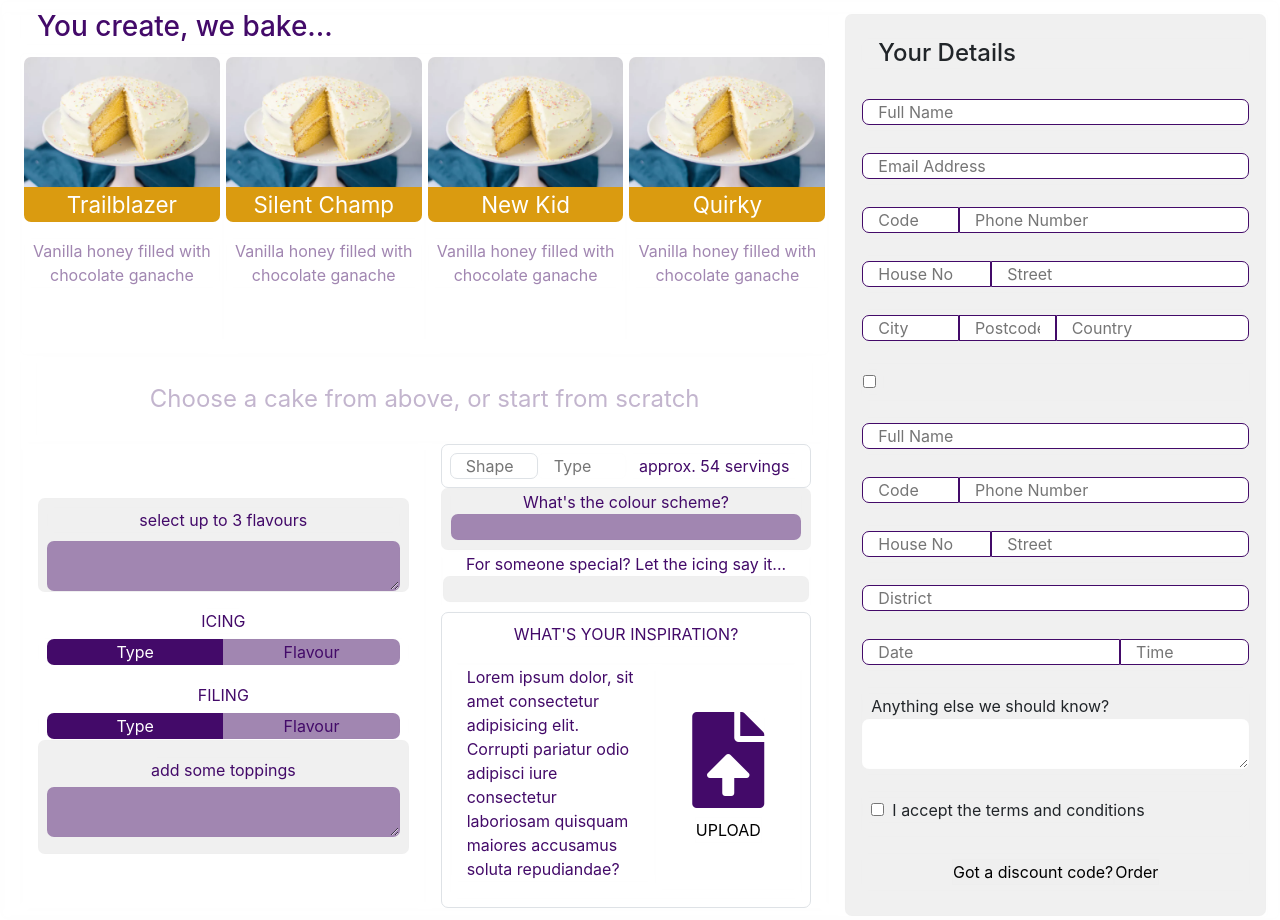
Repository: I-Alpha/BakeryOrderForm
Page: Order-Page.html
The author's editor kept a copy of each file at every save. The page is drawn from the files as they stood at one save, then again after the next save.
The browser window is 1280 px wide. The pictures show the whole page.

Above is the page before, as saved 2020-12-29 04:51:22.

### Order-Page.html
<!DOCTYPE html>
<html lang="en">

<head>
    <meta charset="UTF-8">
    <meta name="viewport" content="width=device-width, initial-scale=1.0">
    <link rel="stylesheet" href="https://use.fontawesome.com/releases/v5.7.0/css/all.css"
        integrity="sha384-lZN37f5QGtY3VHgisS14W3ExzMWZxybE1SJSEsQp9S+oqd12jhcu+A56Ebc1zFSJ" crossorigin="anonymous">
    <link href="https://stackpath.bootstrapcdn.com/bootstrap/4.5.2/css/bootstrap.min.css" rel="stylesheet">
    <script src="https://ajax.googleapis.com/ajax/libs/jquery/3.5.1/jquery.min.js"></script>
    <script src="https://stackpath.bootstrapcdn.com/bootstrap/4.5.2/js/bootstrap.bundle.min.js"></script>
    <title>Document</title>
    <style>
        :root {
            --primary-font: 1.6rem;
            --cake-font-size: 1.4rem;
            --secondary-font: 1rem;
            --primary-colour: #430a69ff;
            --secondary-colour: #a186b1ff;
            --text-faded: #c3b5ce;
            --background-faded: rgb(240, 240, 240);
        }

        * {
            border: 1px solid rgba(0, 0, 0, 0.002);
            border-radius: 7px;
            box-sizing: border-box;
            margin: 0;
            padding: 0;
        }

        html {
            font-size: 1rem;
        }

        html,
        body,
        .container-fluid {
            width: 100%;
            background-color: white;
        }


        #sec2-label {
            color: var(--text-faded);
            font-size: 1.5rem;

        }

        .purple_font {
            color: #430a69ff;
        }

        .light_purple_font {
            color: #a186b1ff;
        }

        .light_purple_background {
            background-color: #a186b1ff;
        }


        .purple_background {
            background-color: #430a69ff;
        }

        .textfaded {
            color: var(--text-faded);
        }

        .background_faded {
            background-color: var(--background-faded);
        }

        .buttergold {
            background-color: #da9b0eff
        }

        .input-group {}

        .pull-up {
            top: -50%;
        }

        .split-row-1 {
            height: 100%;
        }

        .split-row-2 {
            height: 50%;
        }

        #main_col_1 * {}

        #main_col_1 {}

        #main_col_2 * {}

        #main_col_2 {
            background-color: rgb(240, 240, 240);
            height: auto;
            justify-content: center;
            padding: 5px 5px;
        }

        #main_col_2 div.input-group {
            padding-top: 5px;
            padding-bottom: 5px;
        }

        #main_col_2 input {
            border: 1px solid var(--primary-colour);
        }


        #main_col_1 .input-group,
        #main_col_2 .input-group {}

        .col-8,
        .col-4 {}

        #deliveryBtn.active{
            background-color: var(--primary-colour);
            color: var(--primary-colour);
        }
        #collectionBtn.active{
            background-color: var(--primary-colour);
            color: var(--primary-colour);
        }

        #collectionBtn,
        #deliveryBtn {
            border-radius: 30px;
            border: 1px solid var(--primary-colour);
            display: inline-block;

        }

        #collectionBtn{
        }
        #deliveryBtn {}


        #deliveryBtn {
            background-color: white;
        }

        #collectionBtn {
            background-color: white;
            border: 1px solid var(--primary-colour);
        }



        #cake-image-container p:nth-child(2) {
            background-color: #da9b10;
            color: white;
            border-top-left-radius: 0;
            border-top-right-radius: 0;
        }

        #cake-image-container {
            padding: 0;
            margin: 0;
        }

        div#cake-image-container p:nth-child(3) {
            color: var(--secondary-colour);
        }

        #cake-image-container>div {
            font-size: var(--secondary-font);
            border-radius: 15px 15px 15px 15px;
            min-height: 100px;
            min-width: 140px;
        }

        .left-curve {
            border-top-right-radius: 0;
            border-bottom-right-radius: 0;
        }

        .right-curve {
            border-top-left-radius: 0;
            border-bottom-left-radius: 0;
        }

        #cake-image-container div * {}

        #cake-image-container div img {
            border-bottom-left-radius: 0;
            border-bottom-right-radius: 0;
            min-height: 120px;
        }

        #cake-image-container p {
            display: flex;
            text-align: center;
            justify-content: center;
            align-items: center;
        }

        p {}

        div.h3 {
            text-align: center;
        }

        .input-group {
            display: flex;
        }

        .switch6 {  max-width: 17em;  margin: 0 auto; }
        .switch6-light > span, .switch-toggle > span {  color: #000000; }
        .switch6-light span span, .switch6-light label, .switch-toggle span span, .switch-toggle label {  color: #2b2b2b; }

        .switch-toggle a,
        .switch6-light span span { display: none; }

        .switch6-light { display: block; height: 30px; position: relative; overflow: visible; padding: 0px; margin-left:0px; }
        .switch6-light * { box-sizing: border-box; }
        .switch6-light a { display: block; transition: all 0.3s ease-out 0s; }

        .switch6-light label,
        .switch6-light > span { line-height: 30px; vertical-align: middle;}

        .switch6-light label {font-weight: 700; margin-bottom: px; max-width: 100%;}

        .switch6-light input:focus ~ a, .switch6-light input:focus + label { outline: 1px dotted rgb(136, 136, 136); }
        .switch6-light input { position: absolute; opacity: 0; z-index: 5; }
        .switch6-light input:checked ~ a { right: 0%; }
        .switch6-light > span { position: absolute; left: -100px; width: 100%; margin: 0px; padding-right: 100px; text-align: left; }
        .switch6-light > span span { position: absolute; top: 0px; left: 0px; z-index: 5; display: block; width: 50%; margin-left: 100px; text-align: center; }
        .switch6-light > span span:last-child { left: 50%; }
        .switch6-light a { position: absolute; right: 50%; top: 0px; z-index: 4; display: block; width: 50%; height: 100%; padding: 0px; }

        /* Extra small devices (portrait phones, less than 576px)
         No media query since this is the default in Bootstrap */

        /* Small devices (landscape phones, 576px and up) */
        @media (min-width: 576px) {
            html {}

            #main_col_1 {
                justify-content: space-around;
                align-items: space-around;
                padding: 15px;
            }

            #main_col_2 {
                padding: 15px;
                max-width: 89%;
            }

            div.h3 {
                width: 100%;
                text-align: start;
            }


            #cake-image-container>div {
                width: 150px;
                font-size: var(--secondary-font);
                border-radius: 15px 15px 15px 15px;
                min-height: 300px;
                padding: 20px 15px 10px 15px;

            }
        }

        /* Medium devices (tablets, 768px and up) */
        @media (min-width: 768px) {

            #main_col_1 {
                min-height: 100vh;
                justify-content: center;
                align-items: center;
            }

            html {}

            body {
                align-items: center;
                justify-content: center;
                padding: 10px 10px 0 0px;
            }

            #cake-image-container p:nth-child(2) {
                background-color: #da9b10;
                font-size: var(--cake-font-size);
                color: white;
                border-top-left-radius: 0;
                border-top-right-radius: 0;
            }

            div.h3 {
                text-align: none;
                margin-top: -10px;
                padding-top: 0px;
            }
        }

        /* Large devices (desktops, 992px and up) */
        @media (min-width: 992px) {
            #cake-image-container>div {
                min-width: 140px;
                padding: 2px;
            }

        #collectionBtn,
        #deliveryBtn {
            border-radius: 30px;
            border: 1px solid var(--primary-colour);
            display: inline-block;
            height:2rem;
            padding-top: 0;
            line-height: 1rem;
            padding-bottom: 3px;
          }

            #main_col_2{
                height:100%;
               align-items: space-around;
               justify-content: space-around;
            }
        }



        /* Extra large devices (large desktops, 1200px and up) */
        @media (min-width: 1200px) {}
    </style>
</head>

<body>
    <div class="container-fluid d-flex">
        <div class="row justify-content-center align-items-start">
            <div id="main_col_1"
                class=" d-flex flex-column col-12 col-sm-12 col-md-12 col-lg-8 purple_font py-1 justify-content-center align-items-center ">
                <div class="h3 w-100 px-3">You create, we bake...</div>
                <div id="cake-image-container"
                    class="row d-flex justify-content-between text-center container-fluid px-0">
                    <div class="d-flex flex-column col-6 col-sm-6 col-md-3 col-lg-3 ">
                        <img src="Assets\baked-yellow-cake.jpg" class="img-fluid" alt="Responsive image">
                        <p>Trailblazer</p>
                        <p>Vanilla honey filled with chocolate ganache</p>
                    </div>
                    <div class="d-flex flex-column col-6 col-sm-6 col-md-3 col-lg-3">
                        <img src="Assets\baked-yellow-cake.jpg" class="img-fluid" alt="Responsive image">
                        <p class="">Silent Champ</p>
                        <p>Vanilla honey filled with chocolate ganache</p>
                    </div>
                    <div class="d-flex flex-column col-6 col-sm-6 col-md-3 col-lg-3">
                        <img src="Assets\baked-yellow-cake.jpg" class="img-fluid" alt="Responsive image">
                        <p>New Kid</p>
                        <p>Vanilla honey filled with chocolate ganache</p>
                    </div>
                    <div class="d-flex flex-column col-6 col-sm-6 col-md-3 col-lg-3">
                        <img src="Assets\baked-yellow-cake.jpg" class="img-fluid" alt="Responsive image">
                        <p>Quirky</p>
                        <p>Vanilla honey filled with chocolate ganache</p>
                    </div>
                </div>
                <div class="col-12 col-sm-12 col-md-12 flex flex-column justify-content-center align-items-center"
                    style="justify-content:center;">
                    <div id="sec2-label" class="py-4 text-center">Choose a cake from above, or start from scratch</div>
                    <div class="row">
                        <div
                            class="col-12 col-sm-12 col-md-6 justify-content-center d-flex flex-column align-items-center">
                            <div class="row d-flex flex-column input-group background_faded px-2 ">
                                <p class="mb-2 mt-2 text-center">select up to 3 flavours</p>
                                <textarea class="w-100 light_purple_background"></textarea>
                            </div>
                            <p class="mb-1 mt-3">ICING</p>
                            <div class="row input-group px-2" style="justify-content:center;">
                                <input class="input col-6 w-100 purple_background text-center left-curve"
                                    style="color:white;" value="Type"><input
                                    class="input col-6 w-100 light_purple_background text-center right-curve"
                                    style="color:var(--primary-colour);" value="Flavour">
                            </div>
                            <p class="mb-1 mt-3">FILING</p>
                            <div class="row input-group px-2" style="justify-content:center;">
                                <input class="input col-6 w-100 purple_background text-center left-curve"
                                    style="color:white;" value="Type"><input
                                    class="input col-6 w-100 light_purple_background text-center right-curve"
                                    style="color:var(--primary-colour);" value="Flavour">
                            </div>
                            <div
                                class="row d-flex flex-column input-group background_faded align-items-center pb-3 px-2">
                                <p class="mb-1 mt-3">add some toppings</p>
                                <textarea class="w-100 light_purple_background"></textarea>
                            </div>
                        </div>
                        <div class="col d-flex flex-column justify-content-between align-items-around">
                            <div class="row-lg-1 input-group d-flex align-items-start justify-content-center border my-0 w-100 pt-2 px-2"
                                style="height:auto" >
                                <input class="input w-100 border col-3" placeholder="Shape">
                                <input class="input w-100 col-3 " placeholder="Type">
                                <label
                                    class="col-6 p-0 text-center d-flex w-100 justify-content-center align-items-center">approx.
                                    54 servings</label>
                            </div>
                            <div class="input-group justify-content-center row-lg-3 background_faded px-2">
                                <label class="text-center w-100"> What's the colour scheme?
                                    <input class="input w-100 light_purple_background">
                                </label>
                            </div>
                            <div class="input-group w-100 justify-content-center align-items-around row-lg-3">
                                <label class="text-center w-100 ">For someone special? Let the icing say it...
                                    <input class="input w-100 background_faded">
                                </label>
                            </div>
                            <div class="input-group row-lg-5 d-flex flex-column align-items-center border py-2 px-2">
                                <p class="row-lg-1 ">WHAT'S YOUR INSPIRATION?</p>
                                <div class="row-lg-11 input-group d-flex">
                                    <p class="col-7">Lorem ipsum dolor, sit amet consectetur adipisicing elit.
                                        Corrupti pariatur odio adipisci iure consectetur laboriosam quisquam maiores
                                        accusamus soluta repudiandae?</p>
                                    <label class="col-5 d-flex justify-content-center flex-column align-items-center">
                                        <i class="row fas fa-file-upload" style="font-size: 6rem;"></i>
                                        <button style="background:white" class="row mt-2">UPLOAD</button>
                                    </label>
                                </div>
                            </div>
                        </div>
                    </div>
                </div>
            </div>
            <div id="main_col_2"
                class="col-12 col-sm-12 col-md-12 col-lg-4 d-flex flex-column align-items-center justify-content-around">
                <div class="h4 w-100 px-3">Your Details</div>
                <div class="input-group">
                    <input class="col " placeholder="Full Name">
                </div>
                <div class="input-group">
                    <input class="col" placeholder="Email Address">
                </div>
                <div class="input-group">
                    <input class="col-3 left-curve" placeholder="Code"><input class="col-9 right-curve"
                        placeholder="Phone Number">
                </div>
                <div class="input-group">
                    <input class="col-4 left-curve" placeholder="House No"><input class="col-8 right-curve"
                        placeholder="Street">
                </div>
                <div class="input-group">
                    <input class="col-3 left-curve" placeholder="City">
                    <input class="col-3" style="border-radius: 0%;" placeholder="Postcode">
                    <input class="col-6 right-curve" placeholder="Country">
                </div>
                <div class="input-group">
                    <span class="switcher switcher-1">
                        <input type="checkbox" id="switcher-1">
                        <label for="switcher-1"></label>
                    </span>
                </div>
                <div class="input-group">
                    <input class="col" placeholder="Full Name">
                </div>
                <div class="input-group">
                    <input class="col-3 left-curve" placeholder="Code"><input class="col-9 right-curve"
                        placeholder="Phone Number">
                </div>
                <div class="input-group">
                    <input class="col-4 left-curve" placeholder="House No"><input class="col-8 right-curve"
                        placeholder="Street">
                </div>
                <div class="input-group">
                    <input class="col" placeholder="District">
                </div>
                <div class="input-group">
                    <input class="col-8 left-curve" placeholder="Date"><input class="col-4 right-curve"
                        placeholder="Time">
                </div>
                <div class="input-group">
                    <p class=" mb-0 pl-2">Anything else we should know?</p>
                    <textarea class="input-fluid   w-100 "></textarea>
                </div>
                <div class="input-group">
                    <label for="tc_Check">
                        <input id="tc_Check" type="checkbox" class="input mx-2">I accept the terms and conditions
                    </label>
                </div>
                <div class="row input-group justify-content-center ">
                    <button>Got a discount code?</button>
                    <button>Order</button>
                </div>
            </div>
        </div>
    </div>
    <script>

$('.btn-toggle').click(function() {

    $(this).find('.btn').toggleClass('active');

    if ($(this).find('.btn-primary').size()>0) {
        $(this).find('.btn').toggleClass('btn-primary');
    }
    if ($(this).find('.btn-default').size()>0) {
    	$(this).find('.btn').toggleClass('btn-default');
    }
    if ($(this).find('.btn-success').size()>0) {
    	$(this).find('.btn').toggleClass('btn-success');
    }
    if ($(this).find('.btn-info').size()>0) {
        $(this).find('.btn').toggleClass('btn-info');
    }
    $(this).find('.btn').toggleClass('btn-default');

});
    </script>
</body>

</html>

After the next save:
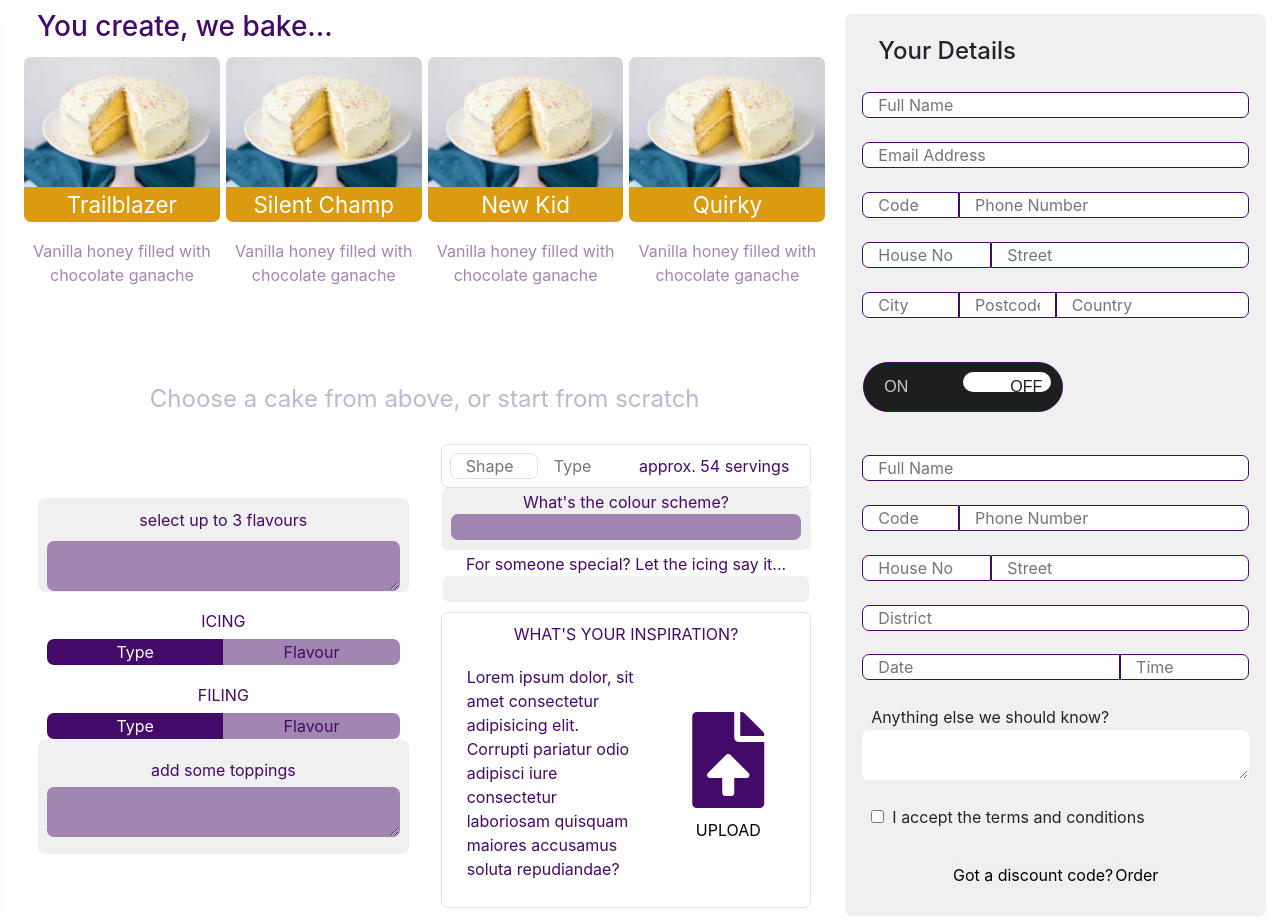
Saved 66 s later.
--- a/Order-Page.html
+++ b/Order-Page.html
@@ -39,6 +39,85 @@
             width: 100%;
             background-color: white;
         }
+        body span.switcher {
+  position: relative;
+  width: 200px;
+  height: 50px;
+  border-radius: 25px;
+  margin: 20px 0;
+}
+body span.switcher input {
+  -webkit-appearance: none;
+     -moz-appearance: none;
+          appearance: none;
+  position: relative;
+  width: 200px;
+  height: 50px;
+  border-radius: 25px;
+  background-color: #1E1E1E;
+  outline: none;
+  font-family: "Oswald", sans-serif;
+}
+body span.switcher input:before, body span.switcher input:after {
+  z-index: 2;
+  position: absolute;
+  top: 50%;
+  transform: translateY(-50%);
+  color: #FFFFFF;
+}
+body span.switcher input:before {
+  content: "ON";
+  left: 20px;
+}
+body span.switcher input:after {
+  content: "OFF";
+  right: 20px;
+}
+body span.switcher label {
+  z-index: 1;
+  position: absolute;
+  top: 10px;
+  bottom: 10px;
+  border-radius: 20px;
+}
+body span.switcher.switcher-1 input {
+  transition: 0.25s -0.1s;
+}
+body span.switcher.switcher-1 input:checked {
+  background-color: #FFFFFF;
+}
+body span.switcher.switcher-1 input:checked:before {
+  color: #FFFFFF;
+  transition: color 0.5s 0.2s;
+}
+body span.switcher.switcher-1 input:checked:after {
+  color: #CCCCCC;
+  transition: color 0.5s;
+}
+body span.switcher.switcher-1 input:checked + label {
+  left: 10px;
+  right: 100px;
+  background: #1E1E1E;
+  transition: left 0.5s, right 0.4s 0.2s;
+}
+body span.switcher.switcher-1 input:not(:checked) {
+  background: #1E1E1E;
+  transition: background 0.5s -0.1s;
+}
+body span.switcher.switcher-1 input:not(:checked):before {
+  color: #CCCCCC;
+  transition: color 0.5s;
+}
+body span.switcher.switcher-1 input:not(:checked):after {
+  color: #1E1E1E;
+  transition: color 0.5s 0.2s;
+}
+body span.switcher.switcher-1 input:not(:checked) + label {
+  left: 100px;
+  right: 10px;
+  background: #FFFFFF;
+  transition: left 0.4s 0.2s, right 0.5s, background 0.35s -0.1s;
+}
 
 
         #sec2-label {
